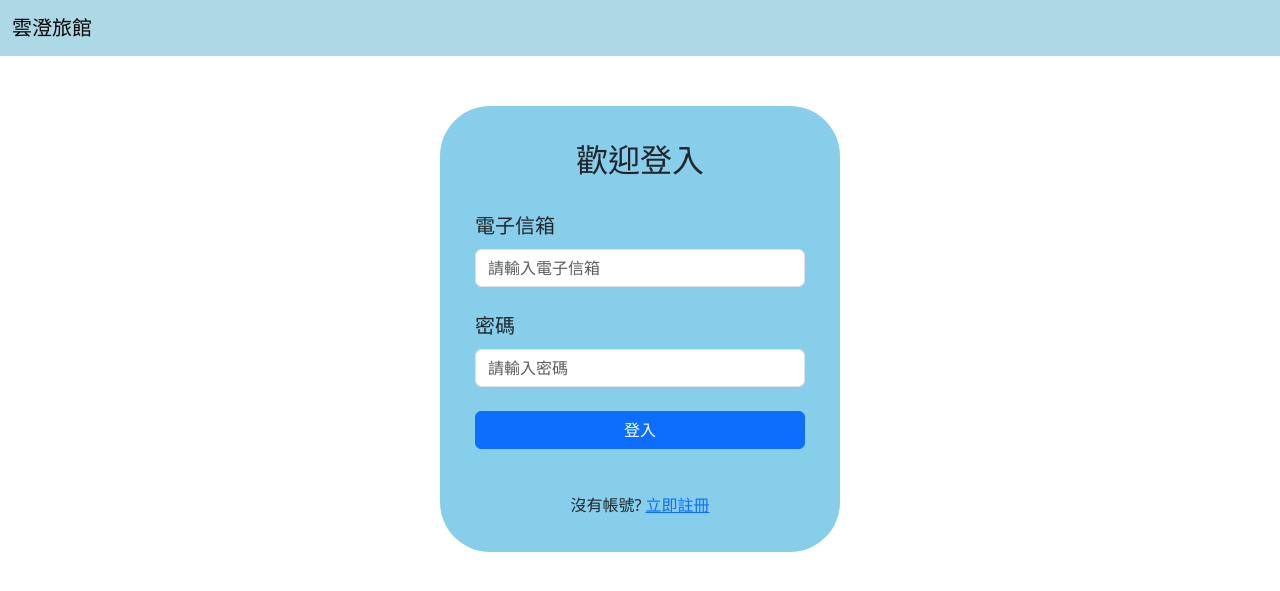
Repository: f97022/EEIT90
Page: http://localhost/CloudSerenityHotel/static/login.jsp
These files come from the project's save history. The page is drawn as it stood at one moment and after the next save; the edit follows.
The browser window is 1280 px wide. The pictures show the whole page.
The page is served by Tomcat 10. Nobody is signed in. The application's start-up code is not run. Other server files are loaded and not shown.

Above is the page before, as saved 2024-11-24 10:03:15.

### project/CloudSerenityHotel/src/main/webapp/static/login.jsp
<%@ page language="java" contentType="text/html; charset=UTF-8"
	pageEncoding="UTF-8"%>
<!DOCTYPE html>
<html lang="zh-tw">

<head>
	<meta charset="UTF-8" />
	<meta name="viewport" content="width=device-width, initial-scale=1.0" />
	<title>雲澄旅館-登入會員</title>
	<link href="https://cdn.jsdelivr.net/npm/bootstrap@5.3.3/dist/css/bootstrap.min.css" rel="stylesheet"
		integrity="sha384-QWTKZyjpPEjISv5WaRU9OFeRpok6YctnYmDr5pNlyT2bRjXh0JMhjY6hW+ALEwIH" crossorigin="anonymous" />
	<link rel="stylesheet" href="https://cdnjs.cloudflare.com/ajax/libs/font-awesome/6.7.1/css/all.min.css">
	<style>
		.login {
			margin: auto;
			padding: 50px 0;
			display: flex;
			justify-content: center;
		}

		.loginform {
			padding: 35px 35px;
			width: 400px;
			display: block;
			border-radius: 50px;
			background-color: skyblue;
		}

		.nav-bgc {
			background-color: lightblue;
		}

		#errorMessage {
			padding: 10px 0;
			margin: 0;
			color: #c70000;
			font-weight: bold;
			visibility: hidden;
			text-align: center;
		}
	</style>
</head>

<body>
	<nav class="navbar navbar-light nav-bgc">
		<div class="container-fluid">
			<a class="navbar-brand" href="#">雲澄旅館</a>
		</div>
	</nav>
	<div class="login container">
		<form class="loginform" method="post" action="/user/login">
			<center>
				<h2>歡迎登入</h2>
			</center>
			<br /> <label for="Email" class="form-label fs-5">電子信箱</label> <input type="email" class="form-control" id="Email"
				placeholder="請輸入電子信箱" required /> <br /> <label for="Password" class="form-label fs-5">密碼</label>
			<input type="password" class="form-control" id="Password" placeholder="請輸入密碼" minlength="8" maxlength="64"
				required /> <br />
			<div class="d-grid gap-2 mx-auto">
				<button type="submit" class="btn btn-primary">登入</button>
			</div>
			<p id="errorMessage">
				<i class="fa-solid fa-circle-xmark"></i>
				<%
				String errorMessage = (String) request.getAttribute("errorMessage");
				if (errorMessage != null) {
					out.print(errorMessage);
				}
				%>
			</p>
			<p style='text-align: center;margin: 0;'>沒有帳號? <a href="register.html">立即註冊</a></p>
		</form>
	</div>

	<script src="https://cdn.jsdelivr.net/npm/bootstrap@5.3.3/dist/js/bootstrap.bundle.min.js"
		integrity="sha384-YvpcrYf0tY3lHB60NNkmXc5s9fDVZLESaAA55NDzOxhy9GkcIdslK1eN7N6jIeHz" crossorigin="anonymous">
	</script>
	<script src="https://code.jquery.com/jquery-3.7.1.js" integrity="sha256-eKhayi8LEQwp4NKxN+CfCh+3qOVUtJn3QNZ0TciWLP4="
		crossorigin="anonymous"></script>
	<script>
		$(document).ready(function () {
			showErrorMsg(); // 在頁面加載時執行
		});

		function showErrorMsg() {
			let msg = $('#errorMessage').text().trim(); // 取得錯誤訊息
			if (msg.length > 0) { // 如果訊息不為空，顯示錯誤訊息
				$('#errorMessage').css('visibility', 'visible');
			} else { // 如果沒有訊息，隱藏錯誤訊息
				$('#errorMessage').css('visibility', 'hidden');
			}
		}
	</script>
</body>

</html>

After the next save:
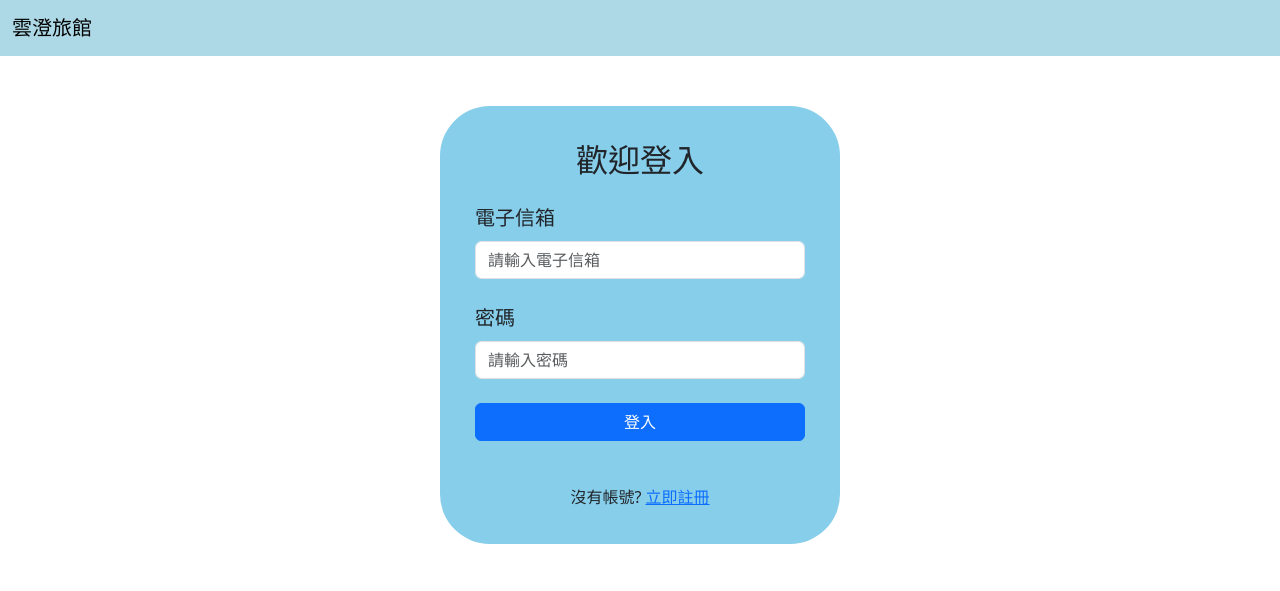
Saved 72 s later.
--- a/project/CloudSerenityHotel/src/main/webapp/static/login.jsp
+++ b/project/CloudSerenityHotel/src/main/webapp/static/login.jsp
@@ -49,9 +49,7 @@
 	</nav>
 	<div class="login container">
 		<form class="loginform" method="post" action="/user/login">
-			<center>
-				<h2>歡迎登入</h2>
-			</center>
+			<h2 style='text-align: center;margin: 0;'>歡迎登入</h2>
 			<br /> <label for="Email" class="form-label fs-5">電子信箱</label> <input type="email" class="form-control" id="Email"
 				placeholder="請輸入電子信箱" required /> <br /> <label for="Password" class="form-label fs-5">密碼</label>
 			<input type="password" class="form-control" id="Password" placeholder="請輸入密碼" minlength="8" maxlength="64"
